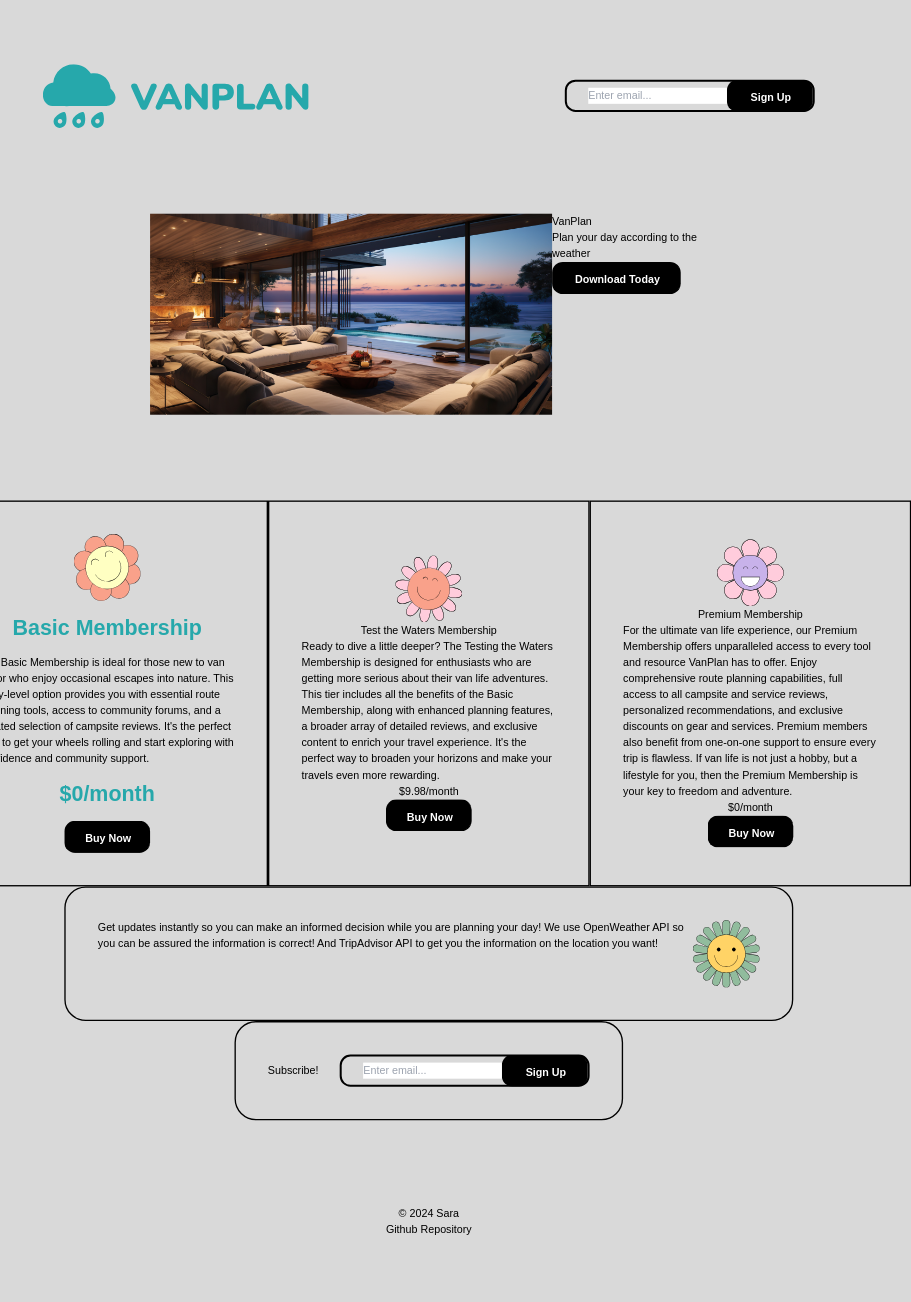
Repository: SaraShio/landing-page
Page: /
These files come from the project's save history. The page is drawn as it stood at one moment and after the next save; the edit follows.
The browser window is 1280 px wide. The page is 1360 px wide, so the pictures cover 1360 px, including what lies to the right of the window. The pictures show the whole page, at 67% of full size.
The project was rebuilt for these pictures with package versions that can differ from the ones it lists, and the page was loaded fresh each time. The framework's server and built-in components were replaced by stand-ins that run in the browser. Also part of the build but not shown: next.config.mjs.

Above is the page before, as saved 2024-03-08 21:39:21.

After the next save:
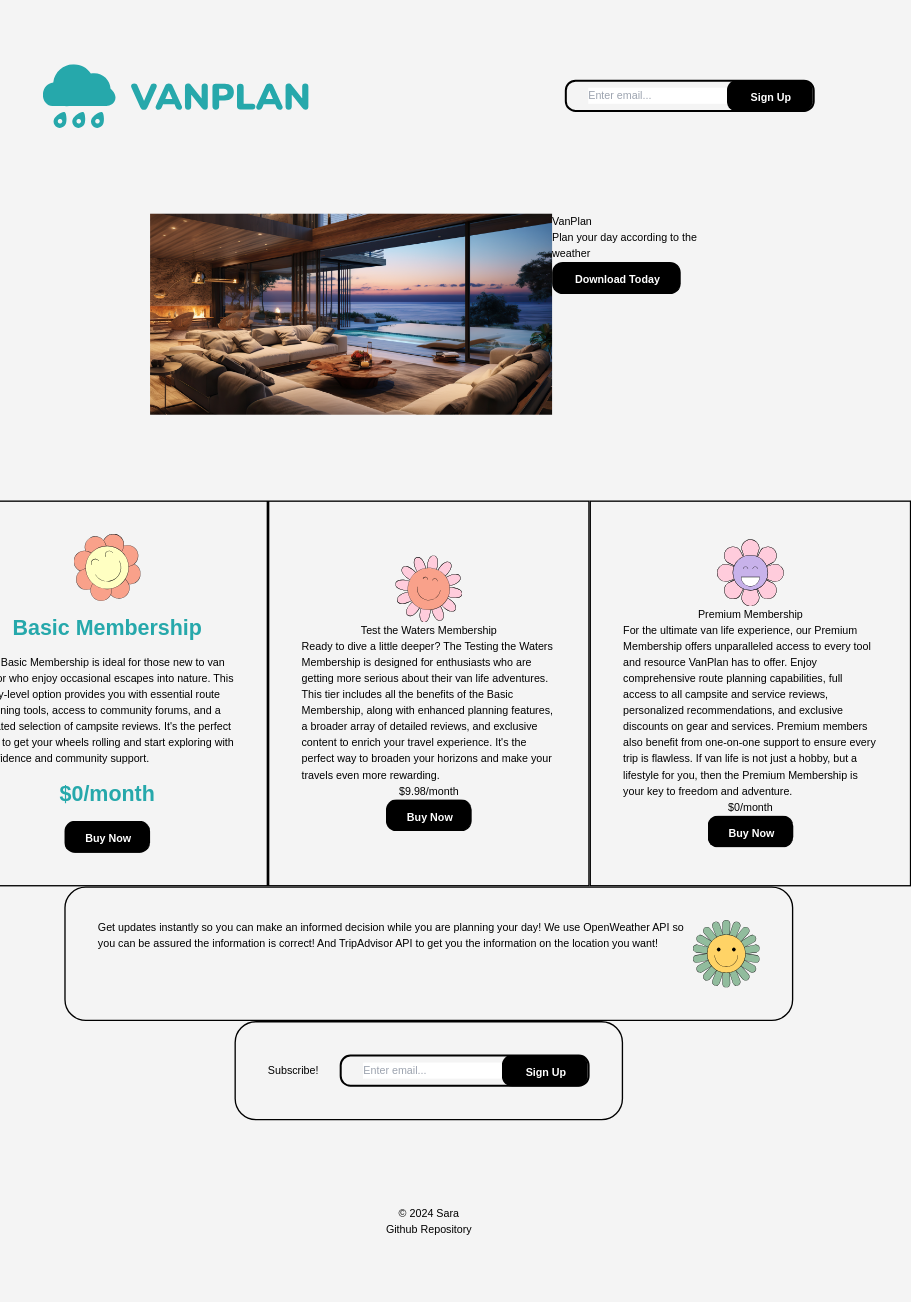
Saved 4 s later.
--- a/src/styles/globals.css
+++ b/src/styles/globals.css
@@ -7,7 +7,7 @@
 :root {
  --black:#000000;
  --white: #FFFFFF;
- --light-gray: #d9d9d9;
+ --light-gray: #f4f4f4;
  --gray: #B6B6B6;
  --teal: #26A8AB;
  --mint: #51BAA7;
